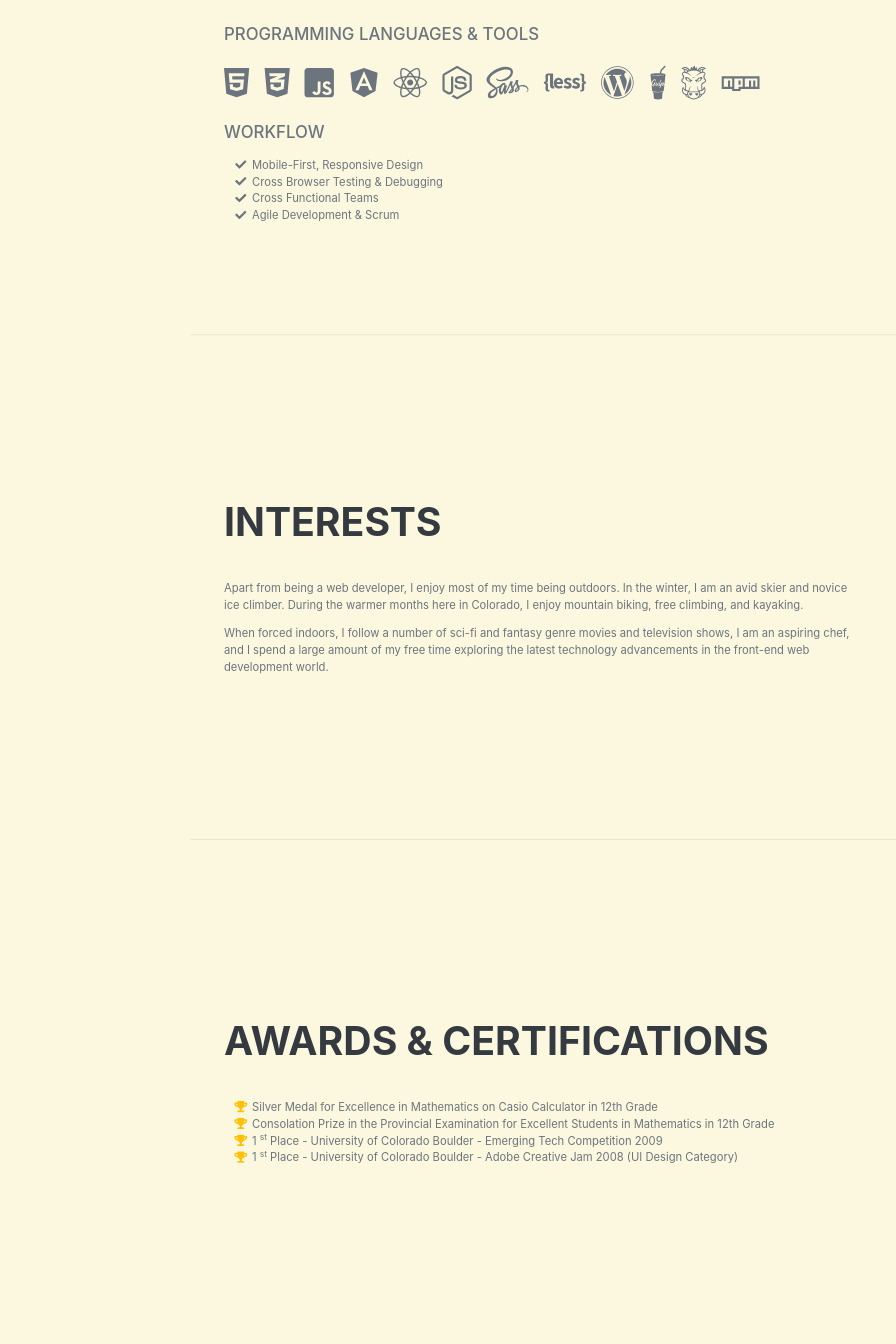
Repository: nguyenlcc/Online-CV
Page: index.html
These files come from the project's save history. The page is drawn as it stood at one moment and after the next save; the edit follows.
The browser window is 1280 px wide. The pictures show the part of the page from y = 2890 to 4810 px (the page is 4810 px tall), at 70% of full size.
Some web fonts or font styles are not loaded; a fallback is used. Some web libraries are served in a nearby version.

Above is the page before, as saved 2022-05-22 15:43:20.

### index.html
<!DOCTYPE html>
<html lang="en">
  <head>
    <meta charset="utf-8" />
    <meta
      name="viewport"
      content="width=device-width, initial-scale=1, shrink-to-fit=no"
    />
    <meta name="description" content="" />
    <meta name="author" content="" />
    <title>Resume - Start Bootstrap Theme</title>
    <link rel="icon" type="image/x-icon" href="assets/img/favicon.ico" />
    <!-- Font Awesome icons (free version)-->
    <script
      src="https://use.fontawesome.com/releases/v5.13.0/js/all.js"
      crossorigin="anonymous"
    ></script>
    <!-- Google fonts-->
    <link
      href="https://fonts.googleapis.com/css?family=Saira+Extra+Condensed:500,700"
      rel="stylesheet"
      type="text/css"
    />
    <link
      href="https://fonts.googleapis.com/css?family=Muli:400,400i,800,800i"
      rel="stylesheet"
      type="text/css"
    />
    <!-- Core theme CSS (includes Bootstrap)-->
    <link href="css/styles.css" rel="stylesheet" />
  </head>
  <body id="page-top">
    <!-- Navigation-->
    <nav
      class="navbar navbar-expand-lg navbar-dark bg-primary fixed-top"
      id="sideNav"
    >
      <a class="navbar-brand js-scroll-trigger" href="#page-top">
        <span class="d-block d-lg-none">LE CONG NGUYEN</span>
        <span class="d-none d-lg-block"
          ><img
            class="img-fluid img-profile rounded-circle mx-auto mb-2"
            src="assets/img/profile.jpg"
            alt=""
        /></span>
      </a>
      <button
        class="navbar-toggler"
        type="button"
        data-toggle="collapse"
        data-target="#navbarSupportedContent"
        aria-controls="navbarSupportedContent"
        aria-expanded="false"
        aria-label="Toggle navigation"
      >
        <span class="navbar-toggler-icon"></span>
      </button>
      <div class="collapse navbar-collapse" id="navbarSupportedContent">
        <ul class="navbar-nav">
          <li class="nav-item">
            <a class="nav-link js-scroll-trigger" href="#about">About</a>
          </li>
          <li class="nav-item">
            <a class="nav-link js-scroll-trigger" href="#experience"
              >Experience</a
            >
          </li>
          <li class="nav-item">
            <a class="nav-link js-scroll-trigger" href="#education"
              >Education</a
            >
          </li>
          <li class="nav-item">
            <a class="nav-link js-scroll-trigger" href="#skills">Skills</a>
          </li>
          <li class="nav-item">
            <a class="nav-link js-scroll-trigger" href="#interests"
              >Interests</a
            >
          </li>
          <li class="nav-item">
            <a class="nav-link js-scroll-trigger" href="#awards">Awards</a>
          </li>
        </ul>
      </div>
    </nav>
    <!-- Page Content-->
    <div class="container-fluid p-0">
      <!-- About-->
      <section class="resume-section" id="about">
        <div class="resume-section-content">
          <h1 class="mb-0">
            LE CONG
            <span class="text-primary">NGUYEN</span>
          </h1>
          <div class="subheading mb-5">
            THINH LIET, HOANG MAI, HA NOI · 0904532091 ·
            <a href="mailto:name@email.com">nguyen.lc41@gmail.com</a>
          </div>
          <p class="lead mb-5">
            I am experienced in leveraging agile frameworks to provide a robust
            synopsis for high level overviews. Iterative approaches to corporate
            strategy foster collaborative thinking to further the overall value
            proposition.
          </p>
          <div class="social-icons">
            <a class="social-icon" href="https://www.linkedin.com/in/nguy%C3%AAn-l%C3%AA-c%C3%B4ng-0b1731233/"
              ><i class="fab fa-linkedin-in"></i
            ></a>
            <a class="social-icon" href="https://github.com/nguyenlecong"><i class="fab fa-github"></i></a>
            <a class="social-icon" href="https://twitter.com/vi3ix_"><i class="fab fa-twitter"></i></a>
            <a class="social-icon" href="https://www.facebook.com/nguyenlc5139/"
              ><i class="fab fa-facebook-f"></i
            ></a>
          </div>
        </div>
      </section>
      <hr class="m-0" />
      <!-- Experience-->
      <section class="resume-section" id="experience">
        <div class="resume-section-content">
          <h2 class="mb-5">Experience</h2>
          <div
            class="d-flex flex-column flex-md-row justify-content-between mb-5"
          >
            <div class="flex-grow-1">
              <h3 class="mb-0">Senior Web Developer</h3>
              <div class="subheading mb-3">Intelitec Solutions</div>
              <p>
                Bring to the table win-win survival strategies to ensure
                proactive domination. At the end of the day, going forward, a
                new normal that has evolved from generation X is on the runway
                heading towards a streamlined cloud solution. User generated
                content in real-time will have multiple touchpoints for
                offshoring.
              </p>
            </div>
            <div class="flex-shrink-0">
              <span class="text-primary">March 2013 - Present</span>
            </div>
          </div>
          <div
            class="d-flex flex-column flex-md-row justify-content-between mb-5"
          >
            <div class="flex-grow-1">
              <h3 class="mb-0">Web Developer</h3>
              <div class="subheading mb-3">Intelitec Solutions</div>
              <p>
                Capitalize on low hanging fruit to identify a ballpark value
                added activity to beta test. Override the digital divide with
                additional clickthroughs from DevOps. Nanotechnology immersion
                along the information highway will close the loop on focusing
                solely on the bottom line.
              </p>
            </div>
            <div class="flex-shrink-0">
              <span class="text-primary">December 2011 - March 2013</span>
            </div>
          </div>
          <div
            class="d-flex flex-column flex-md-row justify-content-between mb-5"
          >
            <div class="flex-grow-1">
              <h3 class="mb-0">Junior Web Designer</h3>
              <div class="subheading mb-3">Shout! Media Productions</div>
              <p>
                Podcasting operational change management inside of workflows to
                establish a framework. Taking seamless key performance
                indicators offline to maximise the long tail. Keeping your eye
                on the ball while performing a deep dive on the start-up
                mentality to derive convergence on cross-platform integration.
              </p>
            </div>
            <div class="flex-shrink-0">
              <span class="text-primary">July 2010 - December 2011</span>
            </div>
          </div>
          <div class="d-flex flex-column flex-md-row justify-content-between">
            <div class="flex-grow-1">
              <h3 class="mb-0">Web Design Intern</h3>
              <div class="subheading mb-3">Shout! Media Productions</div>
              <p>
                Collaboratively administrate empowered markets via plug-and-play
                networks. Dynamically procrastinate B2C users after installed
                base benefits. Dramatically visualize customer directed
                convergence without revolutionary ROI.
              </p>
            </div>
            <div class="flex-shrink-0">
              <span class="text-primary">September 2008 - June 2010</span>
            </div>
          </div>
        </div>
      </section>
      <hr class="m-0" />
      <!-- Education-->
      <section class="resume-section" id="education">
        <div class="resume-section-content">
          <h2 class="mb-5">Education</h2>
          <div
            class="d-flex flex-column flex-md-row justify-content-between mb-5"
          >
            <div class="flex-grow-1">
              <h3 class="mb-0">HANOI UNIVERSITY OF SCIENCE AND TECHNOLOGY</h3>
              <div class="subheading mb-3">
                SCHOOL OF INFORMATION AND COMMUNICATION TECHNOLOGY
              </div>
              <div>Computer Science</div>
              <p>GPA: 3.16</p>
            </div>
            <div class="flex-shrink-0">
              <span class="text-primary">August 2017 - Now</span>
            </div>
          </div>
          <!-- <div class="d-flex flex-column flex-md-row justify-content-between">
            <div class="flex-grow-1">
              <h3 class="mb-0">James Buchanan High School</h3>
              <div class="subheading mb-3">Technology Magnet Program</div>
              <p>GPA: 3.56</p>
            </div>
            <div class="flex-shrink-0">
              <span class="text-primary">August 2002 - May 2006</span>
            </div> -->
          </div>
        </div>
      </section>
      <hr class="m-0" />
      <!-- Skills-->
      <section class="resume-section" id="skills">
        <div class="resume-section-content">
          <h2 class="mb-5">Skills</h2>
          <div class="subheading mb-3">Programming Languages & Tools</div>
          <ul class="list-inline dev-icons">
            <li class="list-inline-item"><i class="fab fa-html5"></i></li>
            <li class="list-inline-item"><i class="fab fa-css3-alt"></i></li>
            <li class="list-inline-item"><i class="fab fa-js-square"></i></li>
            <li class="list-inline-item"><i class="fab fa-angular"></i></li>
            <li class="list-inline-item"><i class="fab fa-react"></i></li>
            <li class="list-inline-item"><i class="fab fa-node-js"></i></li>
            <li class="list-inline-item"><i class="fab fa-sass"></i></li>
            <li class="list-inline-item"><i class="fab fa-less"></i></li>
            <li class="list-inline-item"><i class="fab fa-wordpress"></i></li>
            <li class="list-inline-item"><i class="fab fa-gulp"></i></li>
            <li class="list-inline-item"><i class="fab fa-grunt"></i></li>
            <li class="list-inline-item"><i class="fab fa-npm"></i></li>
          </ul>
          <div class="subheading mb-3">Workflow</div>
          <ul class="fa-ul mb-0">
            <li>
              <span class="fa-li"><i class="fas fa-check"></i></span>
              Mobile-First, Responsive Design
            </li>
            <li>
              <span class="fa-li"><i class="fas fa-check"></i></span>
              Cross Browser Testing & Debugging
            </li>
            <li>
              <span class="fa-li"><i class="fas fa-check"></i></span>
              Cross Functional Teams
            </li>
            <li>
              <span class="fa-li"><i class="fas fa-check"></i></span>
              Agile Development & Scrum
            </li>
          </ul>
        </div>
      </section>
      <hr class="m-0" />
      <!-- Interests-->
      <section class="resume-section" id="interests">
        <div class="resume-section-content">
          <h2 class="mb-5">Interests</h2>
          <p>
            Apart from being a web developer, I enjoy most of my time being
            outdoors. In the winter, I am an avid skier and novice ice climber.
            During the warmer months here in Colorado, I enjoy mountain biking,
            free climbing, and kayaking.
          </p>
          <p class="mb-0">
            When forced indoors, I follow a number of sci-fi and fantasy genre
            movies and television shows, I am an aspiring chef, and I spend a
            large amount of my free time exploring the latest technology
            advancements in the front-end web development world.
          </p>
        </div>
      </section>
      <hr class="m-0" />
      <!-- Awards-->
      <section class="resume-section" id="awards">
        <div class="resume-section-content">
          <h2 class="mb-5">Awards & Certifications</h2>
          <ul class="fa-ul mb-0">
            <li>
              <span class="fa-li"
                ><i class="fas fa-trophy text-warning"></i
              ></span>
              Silver Medal for Excellence in Mathematics on Casio Calculator in 12th Grade
            </li>
            <li>
              <span class="fa-li"
                ><i class="fas fa-trophy text-warning"></i
              ></span>
              Consolation Prize in the Provincial Examination for Excellent Students in Mathematics in 12th Grade
            </li>
            <li>
              <span class="fa-li"
                ><i class="fas fa-trophy text-warning"></i
              ></span>
              1
              <sup>st</sup>
              Place - University of Colorado Boulder - Emerging Tech Competition
              2009
            </li>
            <li>
              <span class="fa-li"
                ><i class="fas fa-trophy text-warning"></i
              ></span>
              1
              <sup>st</sup>
              Place - University of Colorado Boulder - Adobe Creative Jam 2008
              (UI Design Category)
            </li>
          </ul>
        </div>
      </section>
    </div>
    <!-- Bootstrap core JS-->
    <script src="https://cdnjs.cloudflare.com/ajax/libs/jquery/3.5.1/jquery.min.js"></script>
    <script src="https://stackpath.bootstrapcdn.com/bootstrap/4.5.0/js/bootstrap.bundle.min.js"></script>
    <!-- Third party plugin JS-->
    <script src="https://cdnjs.cloudflare.com/ajax/libs/jquery-easing/1.4.1/jquery.easing.min.js"></script>
    <!-- Core theme JS-->
    <script src="js/scripts.js"></script>
  </body>
</html>

### js/scripts.js
/*!
    * Start Bootstrap - Resume v6.0.1 (https://startbootstrap.com/template-overviews/resume)
    * Copyright 2013-2020 Start Bootstrap
    * Licensed under MIT (https://github.com/StartBootstrap/startbootstrap-resume/blob/master/LICENSE)
    */
    (function ($) {
    "use strict"; // Start of use strict

    // Smooth scrolling using jQuery easing
    $('a.js-scroll-trigger[href*="#"]:not([href="#"])').click(function () {
        if (
            location.pathname.replace(/^\//, "") ==
                this.pathname.replace(/^\//, "") &&
            location.hostname == this.hostname
        ) {
            var target = $(this.hash);
            target = target.length
                ? target
                : $("[name=" + this.hash.slice(1) + "]");
            if (target.length) {
                $("html, body").animate(
                    {
                        scrollTop: target.offset().top,
                    },
                    1000,
                    "easeInOutExpo"
                );
                return false;
            }
        }
    });

    // Closes responsive menu when a scroll trigger link is clicked
    $(".js-scroll-trigger").click(function () {
        $(".navbar-collapse").collapse("hide");
    });

    // Activate scrollspy to add active class to navbar items on scroll
    $("body").scrollspy({
        target: "#sideNav",
    });
})(jQuery); // End of use strict

Loaded but not shown: css/styles.css (library)

After the next save:
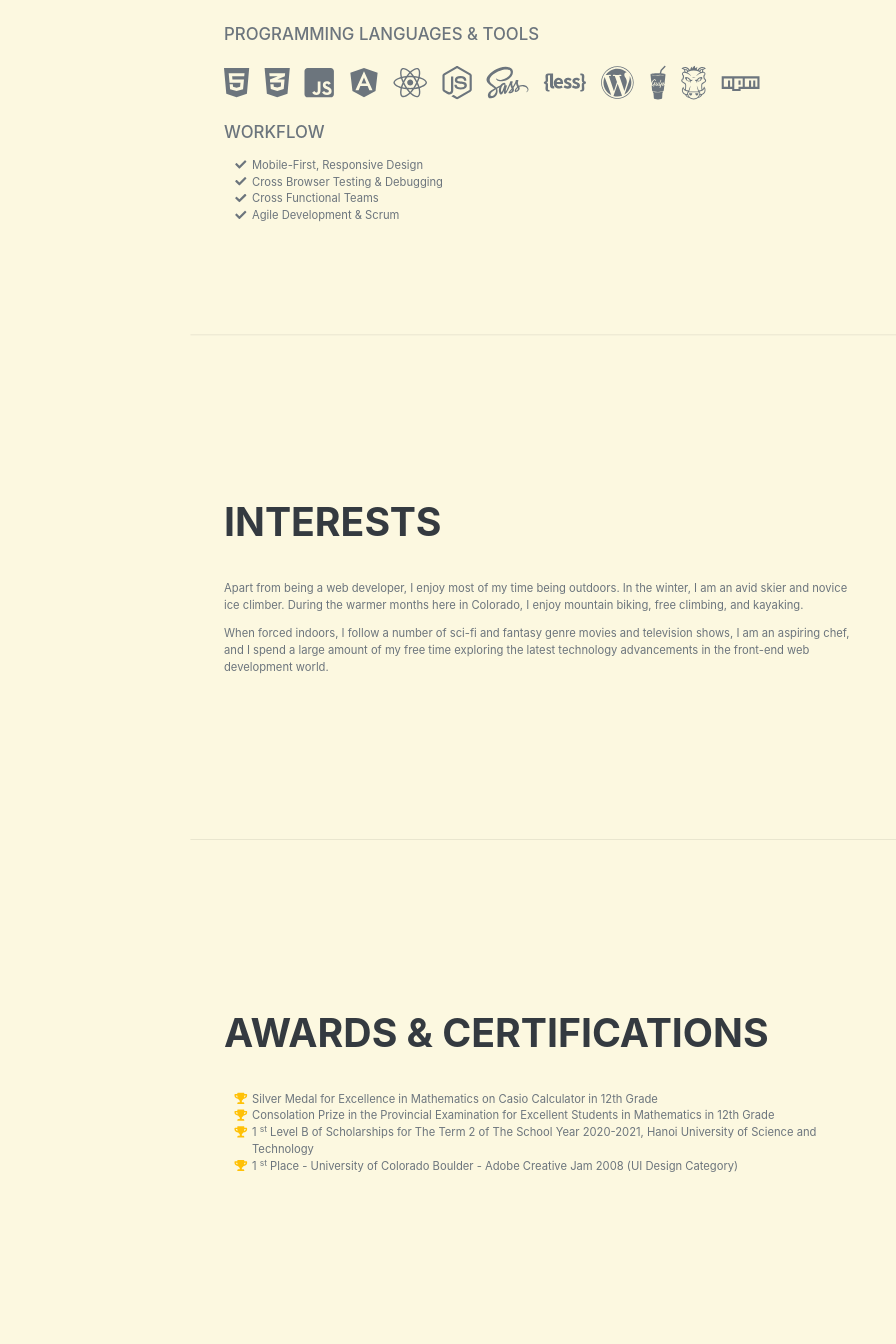
Saved 46 min 28 s later.
--- a/index.html
+++ b/index.html
@@ -308,8 +308,7 @@
               ></span>
               1
               <sup>st</sup>
-              Place - University of Colorado Boulder - Emerging Tech Competition
-              2009
+              Level B of Scholarships for The Term 2 of The School Year 2020-2021, Hanoi University of Science and Technology
             </li>
             <li>
               <span class="fa-li"
